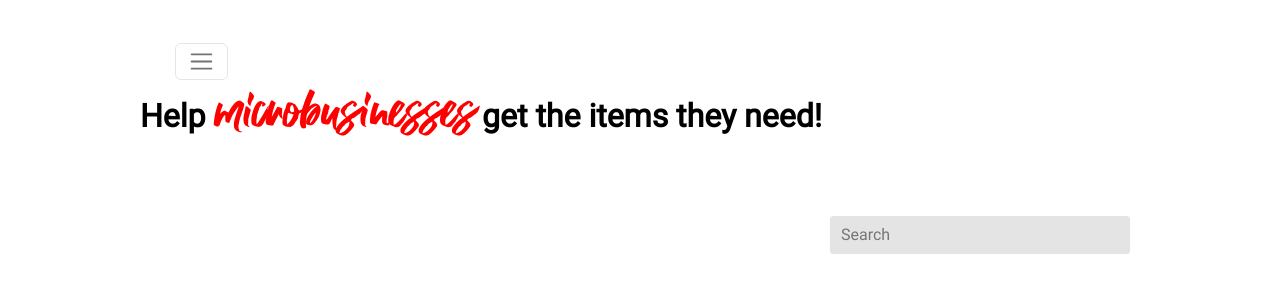
Repository: David-Waite/edableStyleChanges
Page: /
An editor plug-in stored every save of this project. The page is shown before and after the next save, followed by the edit.
The browser window is 1280 px wide. The pictures show the whole page.
The project was rebuilt for these pictures with package versions that can differ from the ones it lists, and the page was loaded fresh each time. Also part of the build but not shown: src/components/Item/ProgressBar.css, src/components/Volunteer/Volunteer.tsx, src/components/DonorForm/Message.css, src/components/Volunteer/VolunteerError.tsx, src/components/Default.tsx, src/components/DonorForm/Paypal.tsx, src/components/DonorForm/DonorForm.tsx, src/components/Organisation/Organisation.module.css and 9 more.

Above is the page before, as saved 2022-10-27 17:45:02.

### public/index.html
<!DOCTYPE html>
<html lang="en">
  <head>
    <meta charset="utf-8" />
    <link rel="icon" href="%PUBLIC_URL%/favicon.ico" />
    <meta name="viewport" content="width=device-width, initial-scale=1" />
    <meta name="theme-color" content="#000000" />
    <meta name="description" content="EdAble Donations System" />
    <link rel="apple-touch-icon" href="%PUBLIC_URL%/logo192.png" />
    <link rel="manifest" href="%PUBLIC_URL%/manifest.json" />
    <link
      rel="stylesheet"
      href="https://cdn.jsdelivr.net/npm/bootstrap@5.2.0-beta1/dist/css/bootstrap.min.css"
      integrity="sha384-0evHe/X+R7YkIZDRvuzKMRqM+OrBnVFBL6DOitfPri4tjfHxaWutUpFmBp4vmVor"
      crossorigin="anonymous"
    />
    <title>EdAble Donations</title>
  </head>
  <body>
    <noscript>You need to enable JavaScript to run this app.</noscript>
    <div id="root"></div>
  </body>
  <script src="./iframeResizer.contentWindow.min.js"></script>
</html>

### src/index.tsx
import React from 'react';
import ReactDOM from 'react-dom/client';
import './index.css';
import App from './App';
import reportWebVitals from './reportWebVitals';
import './fonts/Roboto/Roboto-Medium.ttf';
import './fonts/Lora/Lora-VariableFont_wght.ttf';

const root = ReactDOM.createRoot(
  document.getElementById('root') as HTMLElement
);
root.render(
  <React.StrictMode>
    <App />
  </React.StrictMode>
);

// If you want to start measuring performance in your app, pass a function
// to log results (for example: reportWebVitals(console.log))
// or send to an analytics endpoint. Learn more: https://bit.ly/CRA-vitals
reportWebVitals();

### src/index.css
body {
  margin: 0;
  -webkit-font-smoothing: antialiased;
  -moz-osx-font-smoothing: grayscale;
}

code {
  font-family: source-code-pro, Menlo, Monaco, Consolas, "Courier New",
    monospace;
}

* {
  box-sizing: border-box;
}

#page-wrap {
  padding-bottom: 10px;
  padding-top: 10px;
}
@font-face {
  font-family: "Roboto";
  src: local("Roboto"),
    url("./fonts/Roboto/Roboto-Medium.ttf") format("truetype");
}

@font-face {
  font-family: "Lora";
  src: local("Lora"),
    url("./fonts/Lora/Lora-VariableFont_wght.ttf") format("truetype");
}

@font-face {
  font-family: "black_stonealternative";
  src: local("blackStone"),
    url("./fonts/BlackStone/blackstone-alternative-webfont.woff") format("woff");
}

h1 {
  font-family: "Roboto";
  font-style: normal;
  font-weight: 700;
  font-size: 52px;
  line-height: 64px;
  /* identical to box height, or 123% */
  color: #000000;
}

h2 {
  font-family: "Lora";
  font-style: normal;
  font-weight: 700;
  font-size: 47px;
  line-height: 60px;
  /* identical to box height, or 128% */
  color: #f1f1f1;
}

h3 {
  font-family: "Lora";
  font-style: normal;
  font-weight: 700;
  font-size: 40px;
  line-height: 51px;
  color: #c4c4c4;
}

h4 {
  font-family: "Roboto";
  font-style: normal;
  font-weight: 700;
  font-size: 35px;
  line-height: 43px;
  /* identical to box height, or 123% */
  letter-spacing: 0.02em;
  color: #000000;
}

h5 {
  font-family: "Roboto";
  font-style: normal;
  font-weight: 700;
  font-size: 28px;
  line-height: 44px;
  /* identical to box height, or 157% */
  color: #000000;
}

h6 {
  font-family: "Roboto";
  font-style: normal;
  font-weight: 700;
  font-size: 21px;
  line-height: 25px;
  /* identical to box height */
  color: #000000;
}

body {
  font-family: "Roboto";
  font-style: normal;
  font-weight: 400;
  font-size: 21px;
  line-height: 32px;
  /* identical to box height, or 152% */
  color: #000000;
}

### src/App.tsx
import React from "react";
import "./App.css";
import { BrowserRouter, Routes, Route } from "react-router-dom";

import { PayPalScriptProvider } from "@paypal/react-paypal-js";
import Base from "./components/Base";
import Landing from "./components/Landing/Landing";
import Volunteer from "./components/Volunteer/Volunteer";
import VolunteerError from "./components/Volunteer/VolunteerError";
import Default from "./components/Default";
import Organisation from "./components/Organisation/Organisation";
import ItemPage from "./components/Item/ItemPage";
import Success from "./components/DonorForm/Success";
import Cancel from "./components/DonorForm/Cancel";
import PastDonations from "./components/DonorForm/PastDonations";
import PastItemDonations from "./components/DonorForm/PastItemDonations";
import DonateTime from "./components/Volunteer/DonateTime";

function App() {
  return (
    <PayPalScriptProvider
      options={{
        "client-id":
        process.env.REACT_APP_PAYPAL_CLIENT_ID||"ATT3Tn46NrmHggGqVC4mzWOZWlnbp2ID9DA0yQnhsgqPFIVPPlLhfSI_-atbZc3aN7n_k7wUVTyQJMnI",
        currency: "AUD",
      }}
    >
      <BrowserRouter>
        <Routes>
          <Route path="/" element={<Base />}>
            <Route path="/" element={<Landing />} />
            <Route path="volunteer" element={<Volunteer />} />
            <Route path="success" element={<Success />} />
            <Route path="organisation/:orgId" element={<Organisation />} />
            <Route path="cancel/:orgId" element={<Cancel />} />
            <Route path="volunteererror/:orgId" element={<VolunteerError />} />
            <Route path="organisation/:orgId" element={<PastDonations />} />
            <Route path="item/:orgID/:itemID" element={<ItemPage />} />
            <Route path="item/:orgID/:itemID" element={<PastItemDonations />} />
            <Route path="volunteer/organisation/:orgId" element={<DonateTime />} />
            <Route path="volunteer/success" element={<Success />} />

            {/* Using path="*"" means "match anything", so this route
                acts like a catch-all for URLs that we don't have explicit
              routes for. */}
            <Route path="*" element={<Default />} />
          </Route>
        </Routes>
      </BrowserRouter>
    </PayPalScriptProvider>
  );
}

export default App;

### src/App.css
.App {
  text-align: center;
}

.App-logo {
  height: 40vmin;
  pointer-events: none;
}

@media (prefers-reduced-motion: no-preference) {
  .App-logo {
    animation: App-logo-spin infinite 20s linear;
  }
}

.App-header {
  background-color: #282c34;
  min-height: 100vh;
  display: flex;
  flex-direction: column;
  align-items: center;
  justify-content: center;
  font-size: calc(10px + 2vmin);
  color: white;
}

.App-link {
  color: #61dafb;
}

@keyframes App-logo-spin {
  from {
    transform: rotate(0deg);
  }
  to {
    transform: rotate(360deg);
  }
}

.font-face-rob {
  font-family: "Roboto";
}

.font-face-lora {
  font-family: "Lora";
}

.font-face-Black {
  font-family: "black_stonealternative";
}

### src/components/Base.tsx
import { Outlet } from 'react-router-dom';

function BasePage() {
  return (
    <>
      {/* An <Outlet> renders whatever child route is currently active,
          so you can think about this <Outlet> as a placeholder for
        the child routes we defined above. */}
      <Outlet/>
    </>
  );
}

export default BasePage;

### src/components/Landing/Landing.tsx
import { useEffect, useState } from "react";
import "./Landing.css";
import { Link } from "react-router-dom";
import { db } from "../../config/firebase";
import { collection, query, onSnapshot, where } from "firebase/firestore";
import { Button, Container, Carousel, Row, Col } from "react-bootstrap";
import { ReactComponent as InclusionHero } from "./InclusionHero.svg";

import Sidebar from "./Sidebar";
import ItemsCollection from "./ItemsCollection";
import Organisation from "../Organisation/Organisation";

function Landing() {
  const [orgList, setOrgList] = useState<any>([]);

  // gets all the orgs from dbs
  useEffect(() => {
    const q = query(
      collection(db, "Organisations"),
      where("activeStatus", "==", true)
    );
    onSnapshot(q, (querySnapshot) => {
      // setOrgList dumps all the orgs in orgList
      setOrgList(
        querySnapshot.docs.map((doc) => ({
          id: doc.id,
          data: doc.data(),
        }))
      );
    });
  }, []);

  useEffect(() => {
    window.scrollTo(0, 0);
  }, []);

  return (
    //   these lines set up the format of the page
    <>
      <div className="landing">
        {/* Burger menu */}
        <div className="navBarContainer">
          <Sidebar orgList={orgList} />
        </div>

        <div className="App" id="outer-container">
          {/* Carousel */}
          <Container>
            <Row>
              <Col>
                <div className="carouselContainer">
                  <Carousel
                    touch={true}
                    interval={4000}
                    indicators={true}
                    variant="light"
                  >
                    {orgList.map((org: any) => (
                      <Carousel.Item
                        key={org.id.toString()}
                        style={{
                          textAlign: "left",
                        }}
                      >
                        <Link
                          to={`organisation/${org.id}`}
                          style={{
                            textDecoration: "none",
                            color: "black",
                          }}
                        >
                          {/* this div contains the carousel item's contents and makes the whole carousel item a link (based on link tag above) */}
                          <div
                            className="carousel-contents"
                            style={{ backgroundImage: `url(${org.data.img})` }}
                          >
                            <h2 className="title">{org.data.name}</h2>
                            <div className="carousel-contents-bottom">
                              <p className="orgSummary">{org.data.summary}</p>
                              <Button
                                className="btnContribute"
                                variant="warning"
                              >
                                <div>
                                  CONTRIBUTE TO
                                  <span>{org.data.name.toUpperCase()}</span>!
                                </div>
                              </Button>
                            </div>
                          </div>
                        </Link>
                      </Carousel.Item>
                    ))}
                  </Carousel>
                </div>
              </Col>
            </Row>
          </Container>
        </div>

        <ItemsCollection orgList={orgList} />
      </div>
    </>
  );
}

export default Landing;

### src/components/Landing/Landing.css
.carousel-control-next,
.carousel-control-prev {
  width: 10%;
}

/* .landing {
  background-color: #ffffd9;
} */

.landing {
  max-width: 1000px;
  padding-top: 20px;
  margin: 0 auto 90px;
}

.title {
  font-size: 33px;
  font-family: sans-serif;
  height: auto;
  margin-bottom: 0px;
}

.header {
  /* margin-top: 15px;
  margin-left: 20px;
  margin-right: 20px; */
  padding-left: 3vw;
  padding-right: 3vw;
  /* padding-bottom: 20px; */
  padding-top: 3vh;
  background-color: black;
}

.star {
  height: 200px;
  width: 400px;
  display: block;
  margin: auto;
}

.col {
  padding: 0;
}

@media screen and (min-width: 100px) {
  h1 {
    font-size: calc(20px + 8vw);
  }

  h3 {
    font-size: calc(15px + 0.8vw);
  }

  p {
    font-size: calc(8px + 1vw);
    font-weight: 250;
  }
}

.navBarContainer {
  margin-left: 30px;
  margin-top: 10px;
  position: absolute;
  color: white;
}

.carousel {
  /* margin: 3px; */
  /* border-radius: 30px; */

  color: white;
  /* height: ; */
}

.carousel-contents {
  display: flex;

  flex-direction: column;
  justify-content: flex-end;

  padding: 10px 25px;
  color: white;
  height: 500px;
}

.carousel-indicators {
  margin-bottom: 10px;
}

.carousel-contents-bottom {
  display: flex;
  align-items: center;
  justify-content: space-between;
  gap: 20px;

  margin-bottom: 30px;
}

.btnContribute {
  background-color: #e50040;
  color: white;
  border: none;
  border-radius: 3px;
  padding: 10px 15px;
}

.btnContribute span {
  margin-left: 3px;
  font-size: 16px;
  font-weight: 400;
  color: white;
}

.btnContribute div {
  width: 300px;
  font-size: 16px;
  font-weight: 400;
  margin: 0;
}

.btnContribute:hover {
  background-color: #d4033e;
  color: white;
}

.orgSummary {
  font-size: 16px;
  line-height: 25px;
}

.imgCarousel {
  width: 100%;
  height: 600px;
}
@media screen and (max-width: 770px) {
  .btnContribute {
    font-size: 17px;
    color: white;
  }
  .btn {
    --bs-btn-line-height: 1.75;
  }
}

@media screen and (max-width: 500px) {
  .star {
    height: 150px;
    width: 300px;
  }
  .btnContribute {
    font-size: 15px;
  }
}
@media screen and (max-width: 400px) {
  .btnContribute {
    font-size: 13px;
  }
  .btn {
    --bs-btn-line-height: 1;
  }
}
@media screen and (max-width: 340px) {
  .star {
    height: 100px;
    width: 200px;
  }
  h2 {
    font-size: 20px;
  }
  .orgSummary {
    font-size: 15px;
  }
  .imgCarousel {
    width: 150px;
    height: 150px;
  }
}
@media screen and (max-width: 340px) {
  .navBarContainer {
    margin-left: 20px;
  }
}

/* #carousel-indicators {
    color:rgb(17, 0, 61)
} */

/* Button {
  font-size: x-small;




   <img
                              className="imgCarousel"
                              src={org.data.img}
                              alt={`${org.data.name}` + "'s logo"}
                            />
} */

### src/config/firebase.js
import { initializeApp } from "firebase/app";
import { getFirestore } from "firebase/firestore";
import { initializeAppCheck, ReCaptchaV3Provider } from "firebase/app-check";

const firebaseConfig = {
  apiKey: "AIzaSyDs6EtNxxw7Q9vqGTd9EFzCkpK4aQ9u_dY",
  authDomain: "edable-swinburne.firebaseapp.com",
  projectId: "edable-swinburne",
  storageBucket: "edable-swinburne.appspot.com",
  messagingSenderId: "217658206897",
  appId: "1:217658206897:web:529a69fce1bf349d7ad090",
  measurementId: "G-2R2MP9QZ9F",
};

// Initialize Firebase
const app = initializeApp(firebaseConfig);
const db = getFirestore(app);

// app check
const appCheck = initializeAppCheck(app, {
  provider: new ReCaptchaV3Provider("6LcACHkiAAAAAI-dIVsdXLO9-vrCICsqM5sRRjbJ"),
  isTokenAutoRefreshEnabled: true,
});

export { db };

### src/components/Landing/Sidebar.tsx
import { useState, useEffect } from "react";
import { query, onSnapshot, collection, where } from "firebase/firestore";
import { db } from "../../config/firebase";
import { Link } from "react-router-dom";
import Navbar from "react-bootstrap/Navbar";
import Offcanvas from "react-bootstrap/Offcanvas";

type SidemenuProps = {
  pageWrapId: string;
  outerContainerId: string;
};

function Sidebar(props: any) {
  const [search, setSearch] = useState<string>("");

  const handleChange = (e: React.ChangeEvent<HTMLInputElement>) => {
    setSearch(e.target.value);
  };

  const filteredOrganisations = props.orgList.filter((Organisations: any) =>
    Organisations.data.name.toLowerCase().includes(search.toLowerCase())
  );
  return (
    <>
      <Navbar expand={false}>
        <Navbar.Toggle aria-controls={`offcanvasNavbar-expand`} />
        <Navbar.Offcanvas
          id={`offcanvasNavbar-expand`}
          aria-labelledby={`offcanvasNavbarLabel-expand`}
        >
          <Offcanvas.Header closeButton>
            <Offcanvas.Title
              id={`offcanvasNavbarLabel-expand`}
              style={{
                fontSize: "20px",
              }}
            >
              Social-enterprises supported by EdAble
            </Offcanvas.Title>
          </Offcanvas.Header>
          <Offcanvas.Body>
            <input type="text" onChange={handleChange} placeholder="Search" />
            {filteredOrganisations.map((Organisation: any) => (
              <Link
                style={{
                  textDecoration: "none",
                  color: "black",
                }}
                to={`organisation/${Organisation.id}`}
                key={Organisation.id}
              >
                <br />
                <div>{Organisation.data.name}</div>
              </Link>
            ))}
          </Offcanvas.Body>
        </Navbar.Offcanvas>
      </Navbar>
    </>
  );
}

export default Sidebar;

### src/components/Landing/ItemsCollection.tsx
import { useState, useEffect } from "react";
import {
  collectionGroup,
  query,
  onSnapshot,
  collection,
  where,
  getDocs,
} from "firebase/firestore";
import { db } from "../../config/firebase";
import Card from "react-bootstrap/Card";
import ProgressBar from "react-bootstrap/ProgressBar";
import { Link } from "react-router-dom";
import styles from "./ItemsCollection.module.css";
import "../Item/ProgressBar.css";

function ItemsCollection(props: any) {
  const [itemList, setItemList] = useState<any>([]);
  const [search, setSearch] = useState<string>("");

  useEffect(() => {
    const q = query(
      collectionGroup(db, "Items"),
      where("activeStatus", "==", true)
    );

    onSnapshot(q, async (querySnapshot) => {
      setItemList(
        querySnapshot.docs.map((doc) => ({
          id: doc.id,
          data: doc.data(),
          parentDoc: doc.ref.parent.parent?.id,
        }))
      );
    });
  }, []);

  function mergeLists() {
    const mergeList: any = [];
    itemList.map((item: any) => {
      props.orgList.map((org: any) => {
        if (item.parentDoc === org.id) {
          if (item.data.activeStatus === true) {
            mergeList.push({
              ...item,
              orgName: org.data.name,
              orgActiveStatus: org.data.activeStatus,
            });
          }
        }
      });
    });
    return mergeList;
  }

  const mergeList = mergeLists();

  const handleChange = (e: React.ChangeEvent<HTMLInputElement>) => {
    setSearch(e.target.value);
  };
  const filteredItems = mergeList.filter((item: any) =>
    item.data.name.toLowerCase().includes(search.toLowerCase())
  );
  return (
    <>
      <div className={styles.containerDiv}>
        <h2 className={styles.title}>
          Help <span>microbusinesses</span> get the items they need!
        </h2>
        <div
          className={styles.searchBar}
          style={{
            borderRadius: "3px",
            display: "flex",
            alignItems: "right",
            justifyContent: "right",
          }}
        >
          <input
            style={{ fontSize: "16px" }}
            className={styles.input}
            type="text"
            onChange={handleChange}
            placeholder="Search"
          />
        </div>

        <div className={styles.cardParentDiv}>
          {filteredItems.map((item: any) => (
            <div key={item.id.toString()} className={styles.cards}>
              <img src={item.data.img} alt={`Image of  ${item.data.name}`} />
              <div className={styles.cardBody}>
                <div>
                  <h3 className={styles.cardTitle}>
                    {item.orgName}:
                    <br />
                    <span>{item.data.name}</span>
                  </h3>

                  <p className={styles.cardDes}>{item.data.summary}</p>
                </div>

                <div className={styles.bottomHalfCard}>
                  <ProgressBar
                    striped
                    now={
                      item.data.totalDonationsValue
                        ? (item.data.totalDonationsValue /
                            item.data.initialPrice) *
                          100
                        : 0
                    }
                    label={`${Math.round(
                      (item.data.totalDonationsValue / item.data.initialPrice) *
                        100
                    )}%`}
                  />
                  <Link
                    style={{
                      textDecoration: "none",
                      color: "black",
                    }}
                    to={`item/${item.parentDoc}/${item.id}`}
                  >
                    <div className={styles.btn}>DONATE NOW!</div>
                  </Link>
                </div>
              </div>
            </div>
          ))}
        </div>
      </div>
    </>
  );
}

export default ItemsCollection;

### src/components/Landing/ItemsCollection.module.css
.containerDiv {
  /* background-color: rgb(212, 238, 249); */
  border-radius: 40px;
}

.searchBar {
  border-radius: 3px !important;
  padding: 0;
}
.title {
  font-size: 32px;
  color: black;
  font-family: "Roboto";
  margin-top: 60px;
  margin-bottom: 60px;
}

.title span {
  font-size: 60px;
  font-weight: 300;
  font-family: "black_stonealternative";
}

.input {
  margin: 10px;
  width: 300px;
  border-radius: 3px;
  padding: 2px 10px;
}

.cardParentDiv {
  display: grid;
  grid-template-columns: 1fr 1fr 1fr;
  gap: 30px;
}

.bottomHalfCard {
  align-self: end;
}
.cardParentDiv img {
  width: 100%;
  height: 180px;
  object-fit: cover;
  padding: 0;
  margin: 0;
}

.cardTitle {
  font-size: 18px;
  color: black;
  font-family: sans-serif;
  height: auto;
  line-height: 25px;
}

.cardTitle span {
  color: #e50040;
}

.cardDes {
  height: 60px;
  margin-top: 0px;
  color: rgb(29, 29, 29);
  font-size: 16px;
  letter-spacing: 0.1px;
  line-height: 16px;
  font-weight: 400;
}

.btn {
  text-decoration: none;
  color: white;
  display: flex;
  align-items: center;
  justify-content: center;
  height: 40px;
  margin-top: 10px;
  margin-bottom: -15px;
  text-align: center;
  border-radius: 3px;
  font-size: 16px;
  font-weight: 400;

  background-color: #5e17a9;
}

.cardBody {
  padding: 10px 10px 30px 10px;
}

.cards {
  border-radius: 3px;
  border: none;
  background-color: #f4f4f4;
}

@media (max-width: 1200px) {
  .cards {
    flex: 25%;
  }
}
@media (max-width: 1000px) {
  .cards {
    flex: 42%;
  }
  .input {
    width: 30%;
  }
}
@media (max-width: 768px) {
  .cards {
    flex: 75%;
  }
  .input {
    width: 50%;
  }
}
@media (max-width: 630px) {
  .cards {
    flex: 100%;
  }
  .input {
    width: 70%;
  }
}
@media (max-width: 500px) {
  .input {
    width: 100%;
  }
  .containerDiv {
    padding: 15px;
  }
  .cards {
    margin-left: 0px;
    margin-right: 0px;
    box-shadow: 4px 4px 13px -4px #3f3f3f;
  }
  .itemImg {
    width: 175px;
    height: 175px;
  }
}

### src/components/DonorForm/DonorForm.css
.donorInfoContainer, .VolunteerInfoContainer {
  border-radius: 10px;
  border: 1px solid rgb(215, 215, 215);
  padding: 30px;
  min-width: 500px;
  max-width: 60%;
  background-color: white;
  display: flex;
  justify-content: center;
}

.presetButtons {
  display: flex;
  align-items: center;
  justify-content: center;
}

label {
  font-size: small;
  color: rgb(46, 46, 46);
}

input, select {
  display: block;
  box-sizing: border-box;
  width: 100%;
  border-radius: 3px;
  border: 1px solid #e4e4e4;
  padding: 10px 10px;
  margin-bottom: 1px;
  font-size: 12px;
  background-color: #e4e4e4;
}

span {
  font-size: large;
  color: red;
}

.proceedPayBtn {
  color: white;
  background-color: #FF7000;
  border-color: #FF7000;
}

button {
  border-radius: 4px;
  border: 1px solid rgb(215, 215, 215);
  padding: 5px 10px;
  font-size: 14px;
  margin: 5px;
  color:white;
  background-color: #FF7000;
  border-color: #FF7000;
}

button[type='submit'],
input[type='submit'] {
  background: #ec598f;
  color: white;
  text-transform: uppercase;
  border: none;
  margin-top: 40px;
  padding: 10px;
  font-size: 16px;
  font-weight: 400;
  letter-spacing: 10px;
}

button[type='submit']:hover,
input[type='submit']:hover {
  background: #bf1650;
}

@media screen and (max-width: 630px) {
  .donorInfoContainer, .VolunteerInfoContainer{
    width: calc(100vw - 30px);
    min-width:0px;
    max-width: 100%;
  }
}
@media screen and (max-width: 310px) {
  .donorInfoContainer, .VolunteerInfoContainer{
    padding:10px;
    padding-top: 30px;
  }
}
/* .volunteerOrgInfo{
  display: none;
} */
.DOB{
  display: block;
}
/* #isOrg:checked + .volunteerOrgInfo {
  display: block;
} */
#isOrg:checked ~ .DOB {
  display: none;
}

Loaded but not shown: src/reportWebVitals.ts (common file); public/iframeResizer.contentWindow.min.js (library)

After the next save:
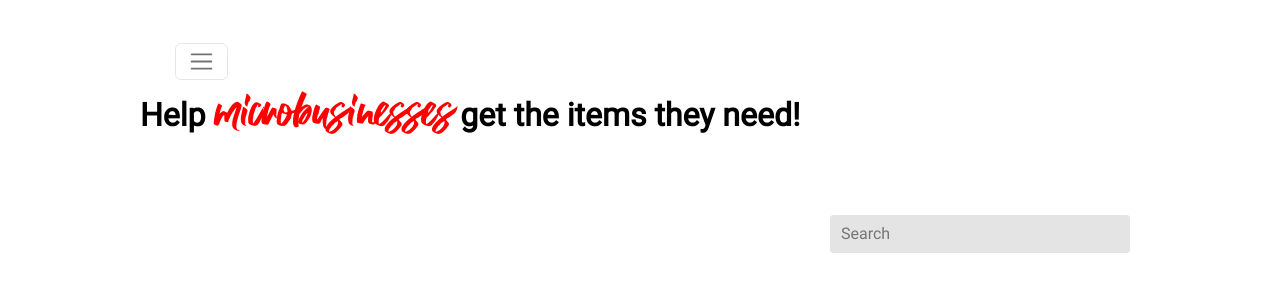
Saved 22 s later.
--- a/src/components/Landing/ItemsCollection.module.css
+++ b/src/components/Landing/ItemsCollection.module.css
@@ -16,9 +16,11 @@
 }
 
 .title span {
-  font-size: 60px;
-  font-weight: 300;
   font-family: "black_stonealternative";
+  margin-left: 0px;
+  margin-right: 0px;
+  font-size: 55px;
+  font-weight: 100;
 }
 
 .input {
